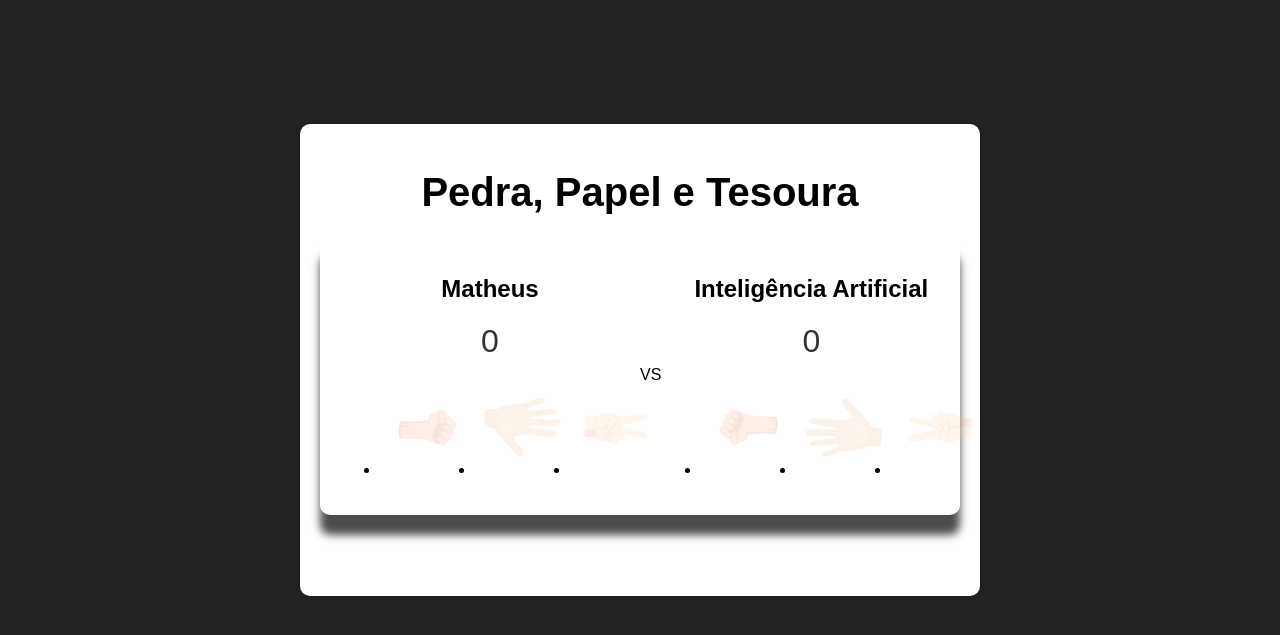
Repository: Matheus904-12/Pedra-Papel
Page: index.html
The author's editor kept a copy of each file at every save. The page is drawn from the files as they stood at one save, then again after the next save.
The browser window is 1280 px wide. The pictures show the whole page.

Above is the page before, as saved 2023-08-28 22:23:07.

### index.html
<!DOCTYPE html>
<html lang="en">
<head>
    <meta charset="UTF-8">
    <meta name="viewport" content="width=device-width, initial-scale=1.0">
    <title>Pedra, Papel e Tesoura</title>
    <link rel="stylesheet" href="style.css">
    <script src="script.js"></script>
</head>
<body>
    <center>
    <div class="box">
        <div class="container">
            <h1 id="titulo">Pedra, Papel e Tesoura</h1>
            <div class="placar" id="placar">
                <div class="jogador">
                    <h2 id="jogadorNome">Matheus</h2>
                    <p id="jogadorPontos">0</p>
                    <ul class="escolhas" id="jogadorEscolha">
                        <li>
                            <a id="jogadorEscolha1" class="escolha" onclick="jogar(1)">
                                <img src="img/1-removebg-preview.png" alt="">
                            </a>
                        </li>
                        <li>
                            <a id="jogadorEscolha2" class="escolha" onclick="jogar(2)">
                                <img src="img/2-removebg-preview.png" alt="">
                            </a>
                        </li>
                        <li>
                            <a id="jogadorEscolha3" class="escolha" onclick="jogar(3)">
                                <img src="img/3-removebg-preview.png" alt="">
                            </a>
                        </li>
                    </ul>
                </div>
                <div id="versus">VS</div>
                <div class="computador">
                    <h2 id="computadorNome">Inteligência Artificial</h2>
                    <p id="computadorPontos">0</p>
                    <ul class="escolhas" id="computadorEscolha">
                        <li>
                            <a id="computadorEscolha1" class="escolha">
                                <img src="img2/1.png" alt="">
                            </a>
                        </li>
                        <li>
                            <a id="computadorEscolha2" class="escolha">
                                <img src="img2/2.png" alt="">
                            </a>
                        </li>
                        <li>
                            <a id="computadorEscolha3" class="escolha">
                                <img src="img2/3.png" alt="">
                            </a>
                        </li>
                    </ul>
                </div>
            </div>
            <div class="mensagem"><p id="mensagem"class="result-message">&nbsp;</p>
    </div>
</center>
</body>
</html>

### style.css
/* Estilos para as escolhas do jogador e do computador */
ul#jogadorEscolha li a,
ul#computadorEscolha li a {
    opacity: 0.2;
    transition: ease-in-out 0.3s;
}

ul#jogadorEscolha li a:hover,
ul#jogadorEscolha li a.selecionado,
ul#computadorEscolha li a.selecionado {
    opacity: 1;
}

/* Estilos gerais */
body {
    font-family: 'Arial', sans-serif;
    background-color: #222;
    margin: 0;
    padding: 0;
    transition: background-color 0.5s ease;
    display: flex;
    align-items: center;
    justify-content: center;
    min-height: 100vh;
}

/* Estilo do container principal */
.box {
    display: flex;
    flex-direction: column;
    align-items: center;
    justify-content: center;
    background-color: #fff;
    box-shadow: 0 0 10px rgba(0, 0, 0, 0.1);
    border-radius: 10px;
    padding: 20px;
    margin: 20px;
}

/* Estilo do título */
#titulo {
    font-size: 2.5rem;
    color: #000;
    margin-bottom: 20px;
}

/* Estilo do placar */
.placar {
    display: flex;
    align-items: center;
    justify-content: space-between;
    padding: 20px;
    background-color: #fff;
    border-radius: 10px;
    box-shadow: 0 20px 8px rgba(0, 0, 0, 0.7);
    width: 100%;
    max-width: 600px;
    margin-top: 20px;
}

.jogador,
.computador {
    width: 50%;
}

.jogador p,
.computador p {
    font-size: 2rem;
    color: #333;
    margin: 0;
}

.escolhas {
    display: flex;
    justify-content: space-around;
    margin-top: 20px;
}

.escolhas img {
    max-width: 95px;
    cursor: pointer;
    transition: transform 0.3s ease;
    vertical-align: ;
}

.escolhas img:hover {
    transform: scale(1.1);
}

/* Estilo do resultado/mensagem */
.result-message {
    font-size: 1.2rem;
    margin-top: 20px;
    color: #000;
}

.result-message.vitoria {
    color: #4CAF50;
}

.result-message.derrota {
    color: #FF5733;
}

.result-message.empate {
    color: #FFC300;
}

/* Estilo do botão reiniciar */
.reiniciar-jogo {
    background-color: #3498db;
    border: none;
    color: white;
    padding: 10px 20px;
    text-align: center;
    text-decoration: none;
    display: inline-block;
    font-size: 16px;
    border-radius: 5px;
    cursor: pointer;
    transition: background-color 0.3s ease;
    margin-top: 20px;
}

.reiniciar-jogo:hover {
    background-color: #2980b9;
}

/* Estilo do histórico */
.historico {
    text-align: center;
    margin-top: 20px;
}

.historico-toggle {
    background-color: #333;
    border: none;
    color: white;
    padding: 5px 10px;
    font-size: 14px;
    border-radius: 5px;
    cursor: pointer;
    transition: background-color 0.3s ease;
}

.historico-toggle:hover {
    background-color: #222;
}

.historico-list {
    list-style: none;
    padding: 0;
    display: none;
    text-align: left;
}

.historico-list li {
    font-size: 14px;
    margin-bottom: 5px;
    color: #fff;
}

### script.js
let jogadorEscolha = 0;
let jogadorPontos = 0;
let computadorEscolha = 0;
let computadorPontos = 0;
let ganhador = -1;
let historico = [];

function jogar(escolha){
    jogadorEscolha = escolha;
    computadorEscolha = Math.floor(Math.random() * 3) + 1;


/*PEDRA = 1
  PAPEL = 2
  TESOURA = 3
*/

if (jogadorEscolha == 1 && computadorEscolha == 1) {
    ganhador = 0;
    //*PEDRA = PEDRA*//
} else if (jogadorEscolha == 1 && computadorEscolha == 2) {
    ganhador = 2;
    //PEDRA E PAPEL = PAPEL//
} else if (jogadorEscolha == 1 && computadorEscolha == 3) {
    ganhador = 1;
    //PEDRA E TESOURA = PEDRA//
} else if (jogadorEscolha == 2 && computadorEscolha == 1) {
    ganhador = 1;
    //PAPEL E PEDRA = PEDRA
} else if (jogadorEscolha == 2 && computadorEscolha == 2) {
    ganhador =  0;
    //PAPEL E PAPEL = NADA
} else if (jogadorEscolha == 2 && computadorEscolha == 3) {
    ganhador = 2;
    //PAPEL E TESOURA = TESOURA
} else if (jogadorEscolha == 3 && computadorEscolha == 1) {
    ganhador = 2;
    //TESOURA E PEDRA = PEDRA
} else if (jogadorEscolha == 3 && computadorEscolha == 2) {
    ganhador = 1;
    //TESOURA E PAPEL = TESOURA
} else if (jogadorEscolha == 3 && computadorEscolha == 3) {
    ganhador = 0;
    //TESOURA E TESOURA = EMPATE
}


document.getElementById('jogadorEscolha1').classList.remove('selecionado');
document.getElementById('jogadorEscolha2').classList.remove('selecionado');
document.getElementById('jogadorEscolha3').classList.remove('selecionado');
document.getElementById('computadorEscolha1').classList.remove('selecionado');
document.getElementById('computadorEscolha2').classList.remove('selecionado');
document.getElementById('computadorEscolha3').classList.remove('selecionado');



document.getElementById('jogadorEscolha'+jogadorEscolha).classList.add('selecionado');
document.getElementById('computadorEscolha'+computadorEscolha).classList.add('selecionado');


/*
EMPATE = 0;
JOGADOR = 1;
COMPUTADOR = 2;
*/


// Atualizar placar
if (ganhador === 1) {
    jogadorPontos++;
} else if (ganhador === 2) {
    computadorPontos++;
}

document.getElementById('jogadorPontos').textContent = jogadorPontos;
document.getElementById('computadorPontos').textContent = computadorPontos;


// Mensagem do resultado
let mensagem = '';
if (ganhador === 1) {
    mensagem = 'Você venceu!';
} else if (ganhador === 2) {
    mensagem = 'Você perdeu!';
} else {
    mensagem = 'Empate!';
}

// Adicionar ao histórico
historico.push({
    jogador: jogadorEscolha,
    computador: computadorEscolha,
    resultado: ganhador
});

// Atualizar elementos na página
document.getElementById('jogadorPontos').textContent = jogadorPontos;
document.getElementById('computadorPontos').textContent = computadorPontos;
document.querySelector('.result-message').textContent = mensagem;
document.querySelector('.result-message').className = `result-message ${ganhadorClass}`;

// Exibir histórico
mostrarHistorico();

// Adicionar classe de estilo à mensagem
let mensagemElement = document.getElementById('mensagem');
mensagemElement.classList.remove('vitoria', 'derrota', 'empate');
if (ganhador === 1) {
    mensagemElement.classList.add('vitoria');
} else if (ganhador === 2) {
    mensagemElement.classList.add('derrota');
} else {
    mensagemElement.classList.add('empate');
}
}

function mostrarHistorico() {
let historicoList = document.getElementById('historico-list');
historicoList.innerHTML = '';

for (let i = 0; i < historico.length; i++) {
    let item = historico[i];
    let resultado = '';
    if (item.resultado === 1) {
        resultado = 'Vitória';
    } else if (item.resultado === 2) {
        resultado = 'Derrota';
    } else {
        resultado = 'Empate';
    }

    let listItem = document.createElement('li');
    listItem.textContent = `Jogador: ${item.jogador} | Computador: ${item.computador} | Resultado: ${resultado}`;
    historicoList.appendChild(listItem);
}


document.getElementById('historico-toggle').addEventListener('click', function() {
    const historicoList = document.querySelector('.historico-list');
    historicoList.style.display = historicoList.style.display === 'none' ? 'block' : 'none';
    this.textContent = historicoList.style.display === 'none' ? 'Ver Histórico' : 'Esconder Histórico';
});

// Mensagem do resultado
let mensagem = '';
if (ganhador === 1) {
    mensagem = 'Você venceu!';
} else if (ganhador === 2) {
    mensagem = 'Você perdeu!';
} else {
    mensagem = 'Empate!';
}

// Adicionar ao histórico
historico.push({
    jogador: jogadorEscolha,
    computador: computadorEscolha,
    resultado: ganhador
});


// Atualizar elementos na página
document.getElementById('jogadorPontos').textContent = jogadorPontos;
document.getElementById('computadorPontos').textContent = computadorPontos;
document.querySelector('.result-message').textContent = mensagem;
document.querySelector('.result-message').className = `result-message ${ganhadorClass}`;


 // Adicionar classe de estilo à mensagem
let mensagemElement = document.querySelector('.mensagem');
mensagemElement.classList.remove('vitoria', 'derrota', 'empate');
if (ganhador === 1) {
    mensagemElement.classList.add('vitoria');
} else if (ganhador === 2) {
    mensagemElement.classList.add('derrota');
} else {
    mensagemElement.classList.add('empate');
}

// Atualizar estilo da página com base no resultado
document.querySelector('.box').className = `box ${ganhadorClass}`;




// Atualizar cor de fundo com base no resultado
if (ganhador === 1) {
    document.body.style.backgroundColor = '#4CAF50'; // Verde
} else if (ganhador === 2) {
    document.body.style.backgroundColor = '#FF5733'; // Vermelho
} else {
    document.body.style.backgroundColor = '#FFC300'; // Amarelo
}


// Selecionar escolha do jogador
document.getElementById(`jogadorEscolha${jogadorEscolha}`).classList.add('selecionado');


// Atualizar escolhas do jogador
document.getElementById(`jogadorEscolha${jogadorEscolha}`).classList.add('selecionado');
document.getElementById(`computadorEscolha${computadorEscolha}`).classList.add('selecionado');

// Atualizar estilo da página com base no resultado
document.querySelector('.box').className = `box ${ganhadorClass}`;

// Função para reiniciar o jogo
function reiniciarJogo() {
    jogadorPontos = 0;
    computadorPontos = 0;
    historico = [];
    limparEscolhas();
    atualizarPlacar();
    limparMensagem();
    mostrarHistorico();
    resetarEstiloPagina();
}

// Limpar escolhas selecionadas
function limparEscolhas() {
    document.querySelectorAll('.escolha').forEach(element => {
        element.classList.remove('selecionado');
    });
}

// Atualizar placar
function atualizarPlacar() {
    document.getElementById('jogadorPontos').textContent = jogadorPontos;
    document.getElementById('computadorPontos').textContent = computadorPontos;
}

// Limpar mensagem do resultado
function limparMensagem() {
    document.querySelector('.result-message').textContent = '';
    document.querySelector('.mensagem').className = 'mensagem';
}

// Resetar estilo da página
function resetarEstiloPagina() {
    document.querySelector('.box').className = 'box';
}

// Botão de reiniciar o jogo
document.getElementById('reiniciar-jogo').addEventListener('click', function() {
    reiniciarJogo();
});


// Função para reiniciar o jogo
function reiniciarJogo() {
    jogadorPontos = 0;
    computadorPontos = 0;
    historico = [];
    limparEscolhas();
    atualizarPlacar();
    limparMensagem();
    mostrarHistorico();
    resetarEstiloPagina();
}

// Limpar escolhas selecionadas
function limparEscolhas() {
    document.querySelectorAll('.escolha').forEach(element => {
        element.classList.remove('selecionado');
    });
}

// Atualizar placar
function atualizarPlacar() {
    document.getElementById('jogadorPontos').textContent = jogadorPontos;
    document.getElementById('computadorPontos').textContent = computadorPontos;
}

// Limpar mensagem do resultado
function limparMensagem() {
    document.querySelector('.result-message').textContent = '';
    document.querySelector('.mensagem').className = 'mensagem';
}

// Resetar estilo da página
function resetarEstiloPagina() {
    document.querySelector('.box').className = 'box';
}

// Botão de reiniciar o jogo
document.getElementById('reiniciar-jogo').addEventListener('click', function() {
    reiniciarJogo();
});


}

After the next save:
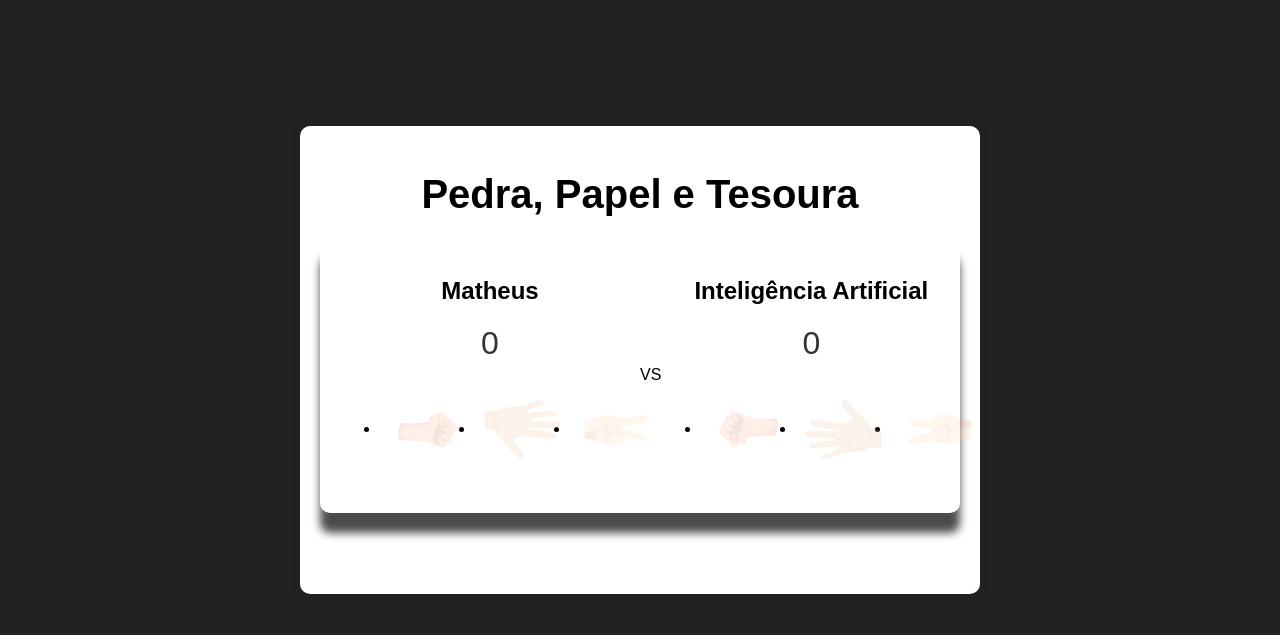
Saved 5 s later.
--- a/style.css
+++ b/style.css
@@ -80,7 +80,7 @@
     max-width: 95px;
     cursor: pointer;
     transition: transform 0.3s ease;
-    vertical-align: ;
+    vertical-align: middle;
 }
 
 .escolhas img:hover {

After the save that followed:
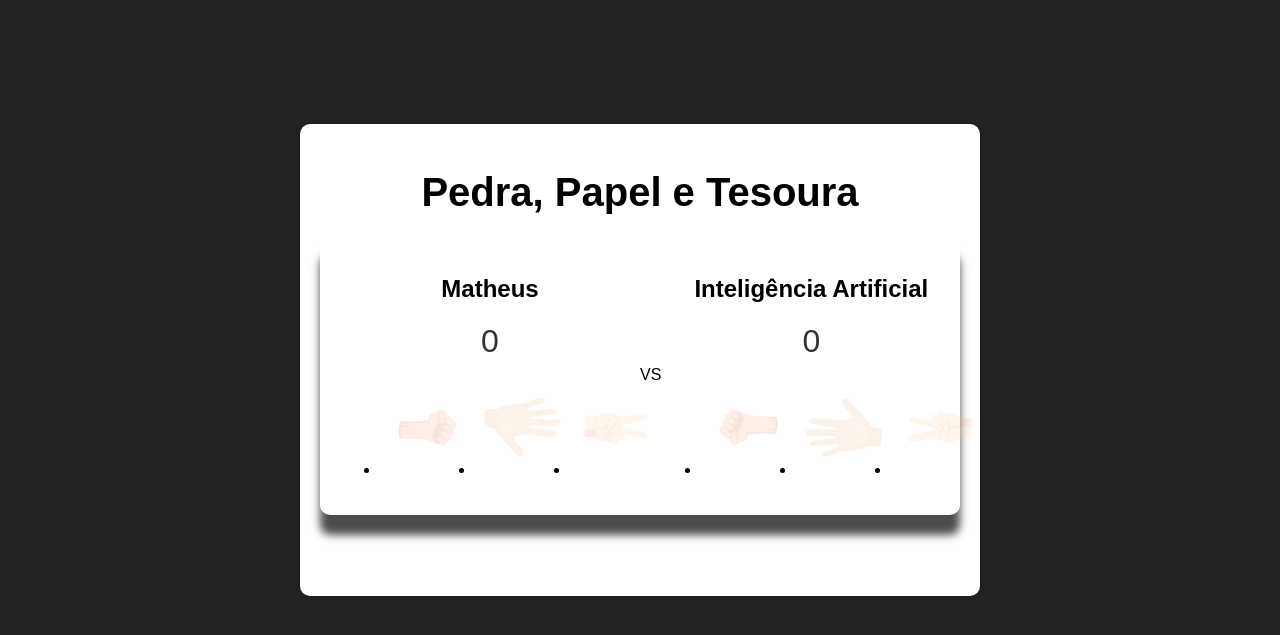
Saved 69 s later.
--- a/style.css
+++ b/style.css
@@ -80,7 +80,7 @@
     max-width: 95px;
     cursor: pointer;
     transition: transform 0.3s ease;
-    vertical-align: middle;
+    vertical-align:;
 }
 
 .escolhas img:hover {
